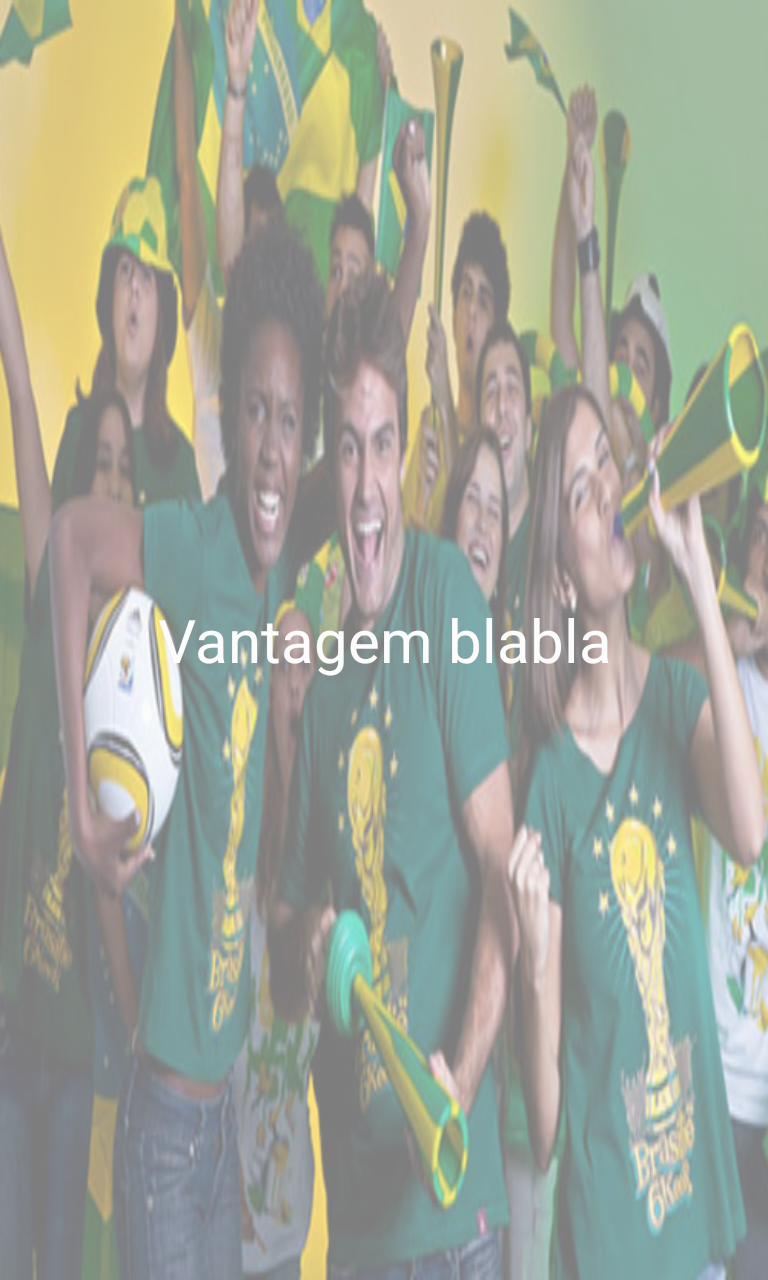
Repository: wellingtondessuy/AppLearning
Layout: HappyApp/res/layout/fragment_5.xml
An editor plug-in stored every save of this project. The layout is shown before and after the next save, followed by the edit.
It is drawn on a 768 x 1280 px phone screen (xhdpi) without system bars, with theme AppTheme; the app's code is not run.

Above is the layout before, as saved 2015-05-22 14:32:49.

After the next save:
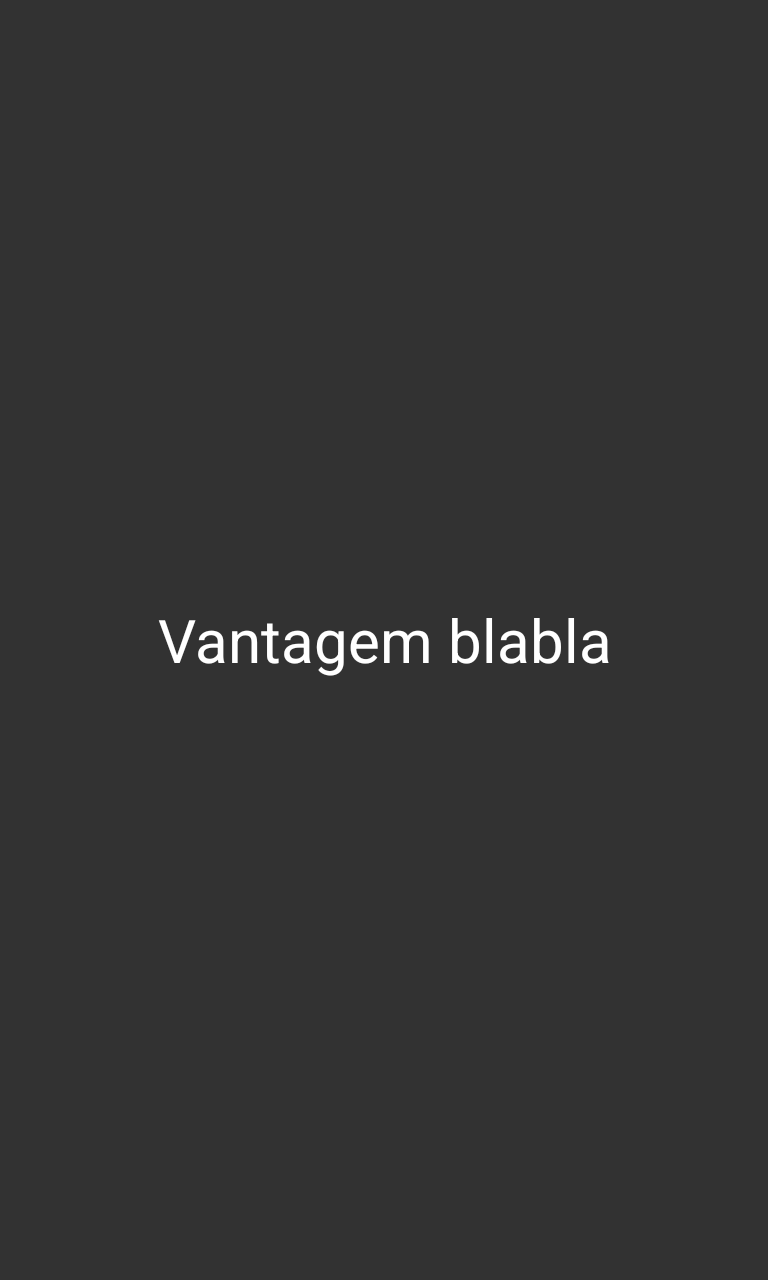
Saved 3 s later.
--- a/HappyApp/res/layout/fragment_5.xml
+++ b/HappyApp/res/layout/fragment_5.xml
@@ -2,8 +2,7 @@
     xmlns:tools="http://schemas.android.com/tools"
     android:layout_width="match_parent"
     android:layout_height="match_parent"
-    android:background="@drawable/back_3"
-    android:alpha="0.5"
+    android:background="#CC000000"
     tools:context="com.example.happyapp.MainActivity$PlaceholderFragment" >
 
     <TextView
